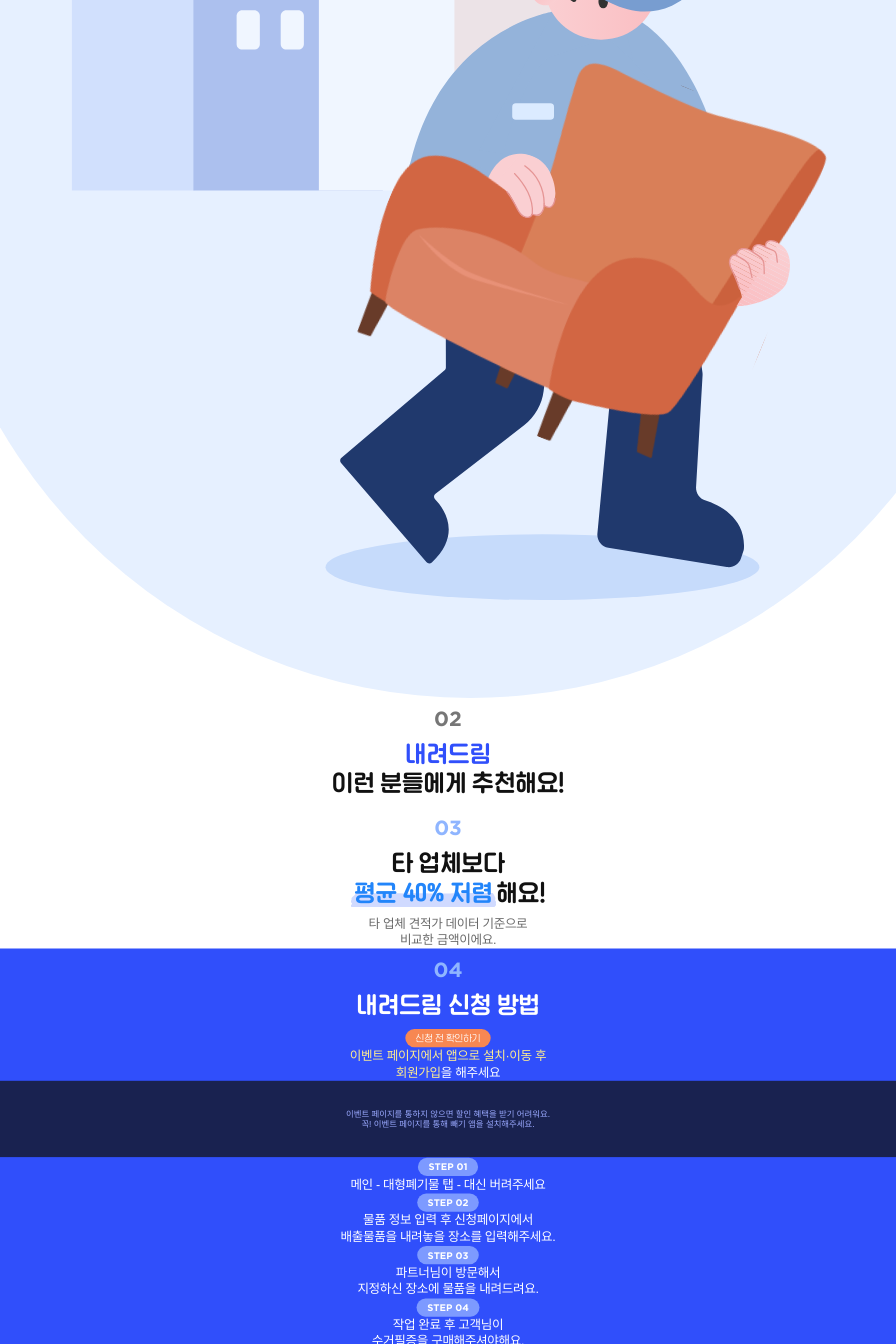
Repository: seraLeeDev/lgthinq-test
Page: index2.html
The author's editor kept a copy of each file at every save. The page is drawn from the files as they stood at one save, then again after a run of saves.
The browser window is 1280 px wide. The pictures show the part of the page from y = 4580 to 6500 px (the page is 8160 px tall before and 11838 px after), at 70% of full size.
Some web fonts or font styles are not loaded; a fallback is used.

Above is the page before, as saved 2023-03-14 17:38:54.
Console error: ReferenceError: AOS is not defined

After the next 2 saves:
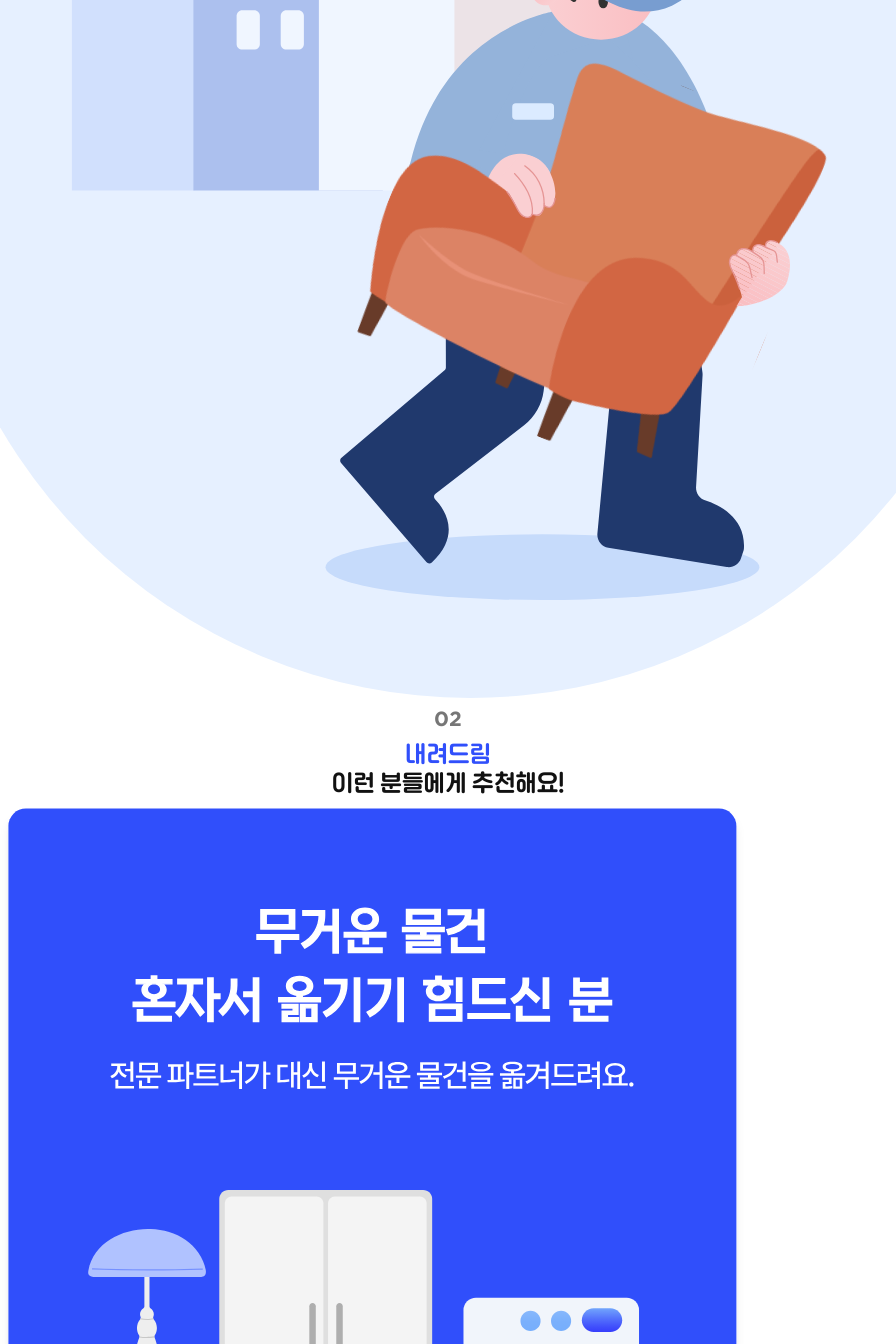
The 2 saves are shown as one change because they came seconds apart.
The last was saved 37 s later.
--- a/index2.html
+++ b/index2.html
@@ -135,7 +135,15 @@
           </div>
 
           <ul class="recommend-list">
-            <li></li>
+            <li>
+              <img src="./img/02_illust_1.svg" alt="무거운 물건 일러스트" />
+            </li>
+            <li>
+              <img src="./img/02_illust_1.svg" alt="무거운 물건 일러스트" />
+            </li>
+            <li>
+              <img src="./img/02_illust_1.svg" alt="무거운 물건 일러스트" />
+            </li>
           </ul>
         </section>
         <!-- 03. 가격 설명 -->
